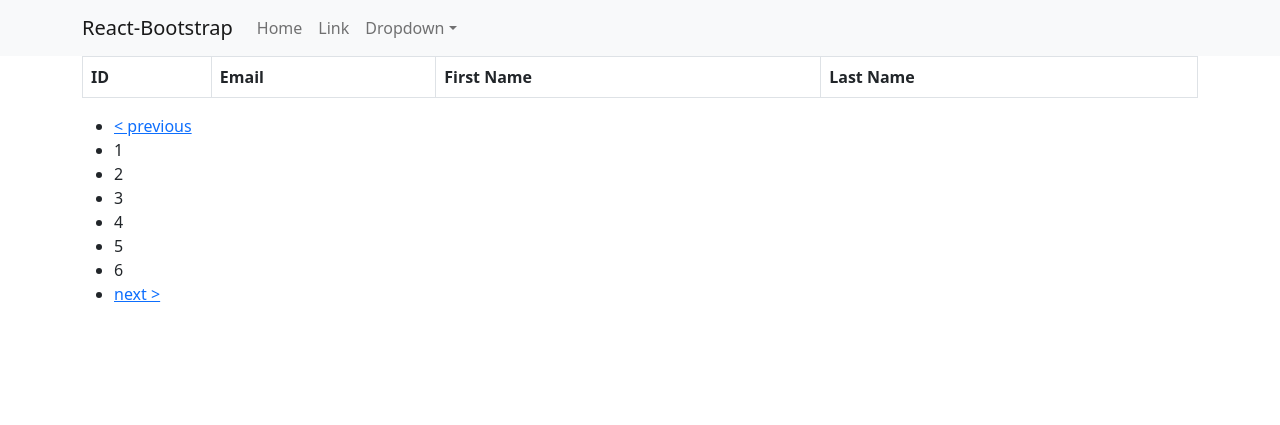
Repository: hieuche123/practice-reactjs
Page: /
These files come from the project's save history. The page is drawn as it stood at one moment and after the next save; the edit follows.
The browser window is 1280 px wide. The pictures show the whole page.
The page's requests for data from a server got no answer. The project was rebuilt for these pictures with package versions that can differ from the ones it lists, and the page was loaded fresh each time. No one was signed in, and anything a server would have sent is missing.

Above is the page before, as saved 2023-03-21 20:57:25.

### src/index.js
import React from 'react';
import ReactDOM from 'react-dom';
import App from './App';
import 'bootstrap/dist/css/bootstrap.min.css';

ReactDOM.render(
  <React.StrictMode>
    <App />
  </React.StrictMode>,
  document.getElementById('root')
);

// If you want to start measuring performance in your app, pass a function
// to log results (for example: reportWebVitals(console.log))
// or send to an analytics endpoint. Learn more: https://bit.ly/CRA-vitals

### src/App.js

import { Container } from 'react-bootstrap';
import './App.scss';
import Header from './components/Header';
import TableUsers from './components/TableUsers';

function App() {
  return (
    <div className="app-container">
      <Header/>
      <Container>
        <TableUsers/>
      </Container>
    </div>
  );
}

export default App;

### src/components/Header.js
import Container from 'react-bootstrap/Container';
import Nav from 'react-bootstrap/Nav';
import Navbar from 'react-bootstrap/Navbar';
import NavDropdown from 'react-bootstrap/NavDropdown';
function Header() {
    return (
        <>
            <Navbar bg="light" expand="lg">
                <Container>
                    <Navbar.Brand href="#home">React-Bootstrap</Navbar.Brand>
                    <Navbar.Toggle aria-controls="basic-navbar-nav" />
                    <Navbar.Collapse id="basic-navbar-nav">
                    <Nav className="me-auto">
                        <Nav.Link href="#home">Home</Nav.Link>
                        <Nav.Link href="#link">Link</Nav.Link>
                        <NavDropdown title="Dropdown" id="basic-nav-dropdown">
                        <NavDropdown.Item href="#action/3.1">Action</NavDropdown.Item>
                        <NavDropdown.Item href="#action/3.2">
                            Another action
                        </NavDropdown.Item>
                        <NavDropdown.Item href="#action/3.3">Something</NavDropdown.Item>
                        <NavDropdown.Divider />
                        <NavDropdown.Item href="#action/3.4">
                            Separated link
                        </NavDropdown.Item>
                        </NavDropdown>
                    </Nav>
                    </Navbar.Collapse>
                </Container>
            </Navbar>
        </>
    );
}

export default Header;

### src/components/TableUsers.js
import axios from 'axios';
import { useEffect, useState } from 'react';
import Table from 'react-bootstrap/Table';
import {fetchAllUser} from '../sevices/UserSevice'
import ReactPaginate from 'react-paginate';
function TableUsers(props) {
    const [listUsers, setListUsers] = useState([]);
    useEffect(()=> {
        getUsers();
    },[])

    const getUsers = async() => {
        let res = await fetchAllUser();
        if(res && res.data) {
            setListUsers(res.data)
        }
        console.log(res)
    }

    const handlePageClick = (event) => {
        // const newOffset = (event.selected * itemsPerPage) % items.length;
        // console.log(
        //   `User requested page number ${event.selected}, which is offset ${newOffset}`
        // );
        // setItemOffset(newOffset);
      };

    return (
        <>
            <Table striped bordered hover>
                <thead>
                    <tr>
                    <th>ID</th>
                    <th>Email</th>
                    <th>First Name</th>
                    <th>Last Name</th>
                    </tr>
                </thead>
                <tbody>
                    {listUsers && listUsers.length > 0 &&
                        listUsers.map((item, index) => {
                            return (
                                <tr key={item.id}>
                                    <th>{item.id}</th>
                                    <th>{item.email}</th>
                                    <th>{item.first_name}</th>
                                    <th>{item.last_name}</th>
                                </tr>
                            )
                        })

                    }
                </tbody>
            </Table>
            <ReactPaginate
                breakLabel="..."
                nextLabel="next >"
                onPageChange={handlePageClick}
                pageRangeDisplayed={5}
                pageCount={6}
                previousLabel="< previous"
                renderOnZeroPageCount={null}
            />


        </>
    );
}

export default TableUsers;

### src/sevices/UserSevice.js
import axios from './CustomizeAxios';

const fetchAllUser = () => {
    return axios.get('/users?page=1')
}



export {fetchAllUser};

### src/sevices/CustomizeAxios.js
import axios from "axios";

const instance = axios.create({
    baseURL: 'https://reqres.in/api'
})

// Add a response interceptor
instance.interceptors.response.use(function (response) {
    // Any status code that lie within the range of 2xx cause this function to trigger
    // Do something with response data
    return response.data;
  }, function (error) {
    // Any status codes that falls outside the range of 2xx cause this function to trigger
    // Do something with response error
    return Promise.reject(error);
  });
export default instance;

Loaded but not shown: public/index.html (common file); src/App.scss (common file)

After the next save:
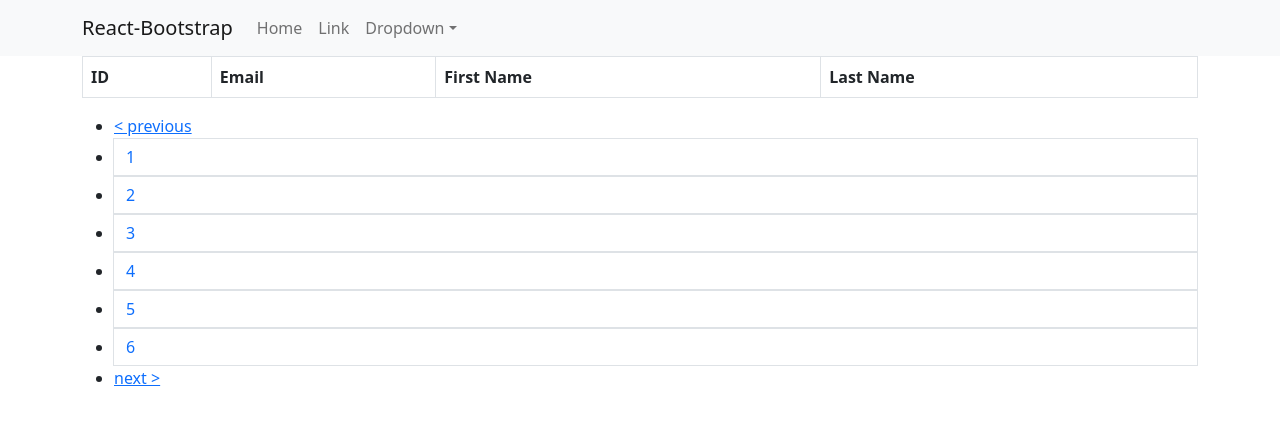
Saved 4 min 46 s later.
--- a/src/components/TableUsers.js
+++ b/src/components/TableUsers.js
@@ -59,7 +59,10 @@ function TableUsers(props) {
                 pageRangeDisplayed={5}
                 pageCount={6}
                 previousLabel="< previous"
-                renderOnZeroPageCount={null}
+
+                pageClassName='page-item'
+                pageLinkClassName='page-link'
+                previousClassName='page-item'
             />
 
 
